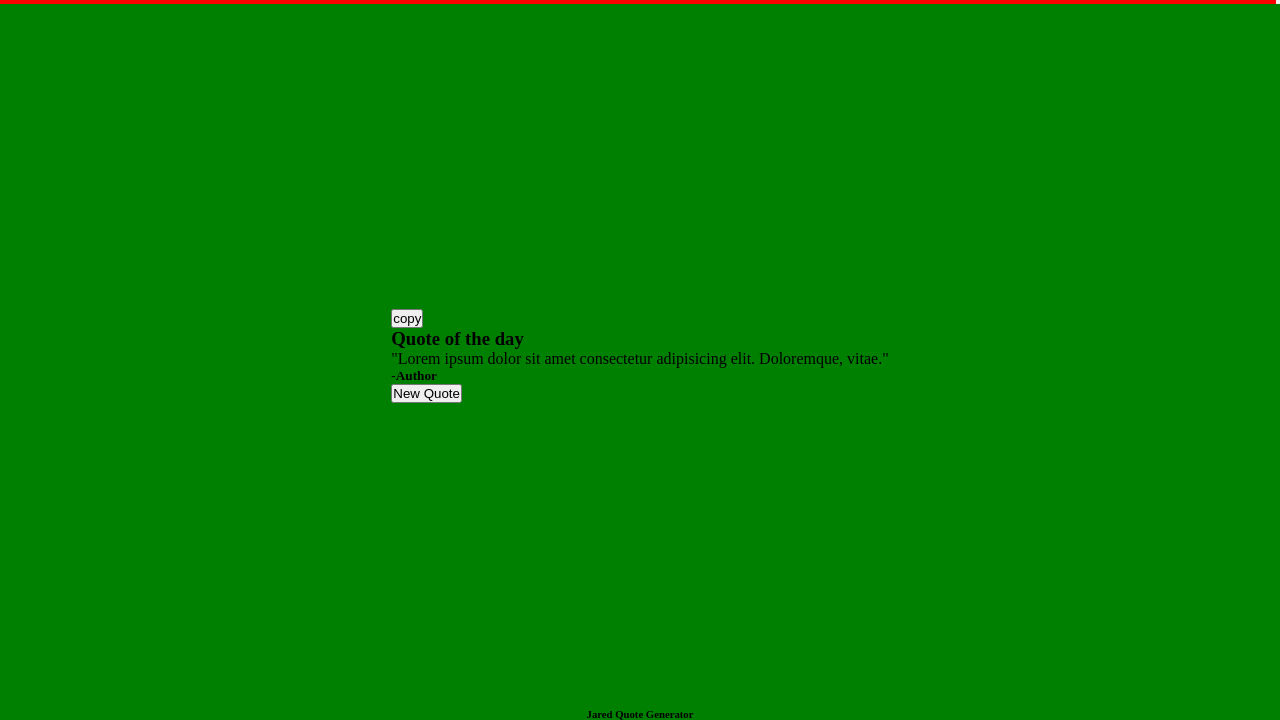
Repository: EguJaredoBoyd/Jared-Quote-Generator
Page: html/main.html
The author's editor kept a copy of each file at every save. The page is drawn from the files as they stood at one save, then again after the next save.
The browser window is 1280 px wide. The pictures show the whole page.

Above is the page before, as saved 2026-01-09 00:32:52.

### html/main.html
<!DOCTYPE html>
<html lang="en">
  <head>
    <meta charset="UTF-8" />
    <meta name="viewport" content="width=device-width, initial-scale=1.0" />
    <link rel="stylesheet" href="../css/style.css" />
    <script src="../js/main.js" defer></script>
    <title>Document</title>
  </head>
  <body>
    <div class="container">
      <header>
        <button><i class="ri-sun-line"></i></button>
      </header>
      <main>
        <div>
          <div>
            <button>copy</button>
          </div>
          <h3>Quote of the day</h3>
          <p>
            "Lorem ipsum dolor sit amet consectetur adipisicing elit.
            Doloremque, vitae."
          </p>
          <div>
            <h5>-Author</h5>
          </div>
          <div>
            <button>New Quote</button>
          </div>
        </div>
      </main>
      <footer>
        <div>
          <h6>Jared Quote Generator</h6>
        </div>
      </footer>
    </div>
  </body>
</html>

### css/style.css
* {
  margin: 0;
  padding: 0;
  box-sizing: border-box;
}

:root {
  --background-color: #7b0d1e;
  --card-color: #f8e5ee;
  --text-color: black;
  --button-color: var(--background-color);
}

.lighter-theme {
  --background-color: var(--card-color);
  --card-color: var(--background-color);
  --text-color: var(--text-color);
  --button-color: var(--button-color);
}

.container {
  background-color: green;
  height: 100vh;
  display: flex;
  flex-direction: column;
  justify-content: space-between;
  align-items: center;
}

header {
  display: flex;
  justify-content: flex-end;
  background-color: red;
  width: 100%;
}

header button {
  display: flex;
  justify-content: flex-end;
}

Loaded but not shown: js/main.js (no copy from this time; the picture is the same without it)

After the next save:
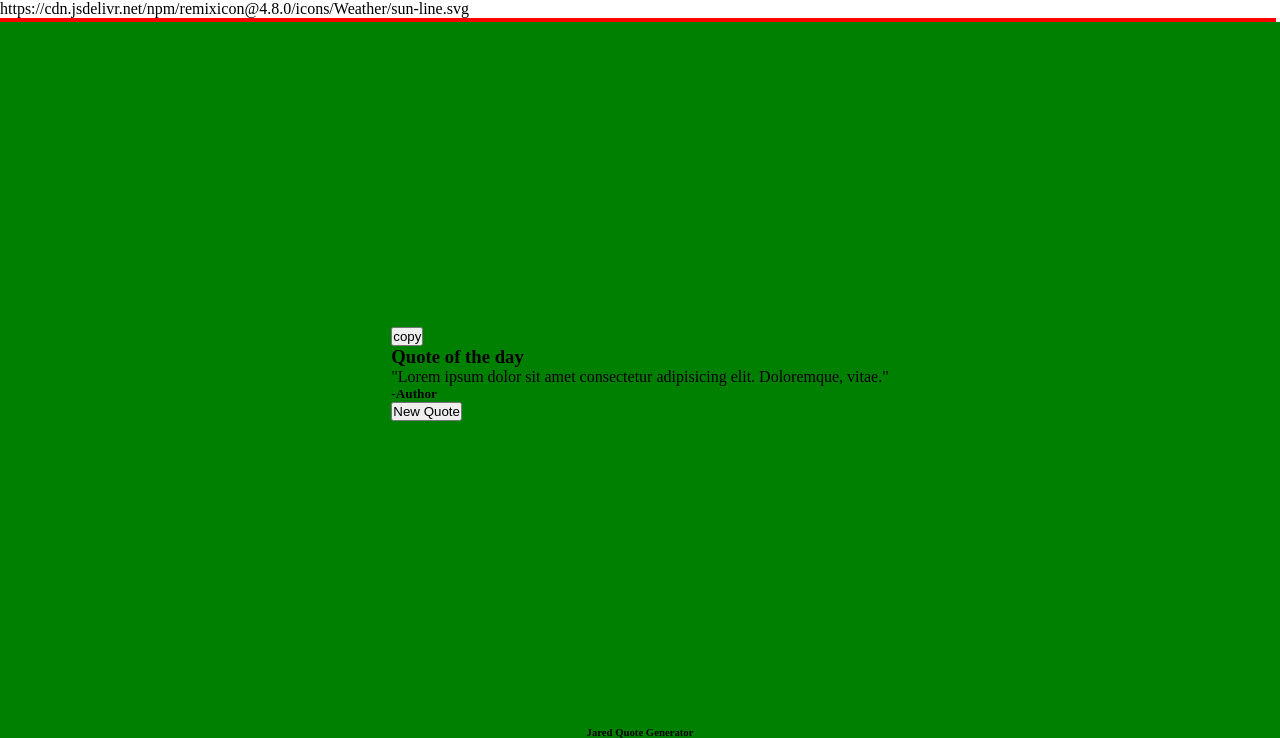
Saved 30 s later.
--- a/html/main.html
+++ b/html/main.html
@@ -5,6 +5,7 @@
     <meta name="viewport" content="width=device-width, initial-scale=1.0" />
     <link rel="stylesheet" href="../css/style.css" />
     <script src="../js/main.js" defer></script>
+    https://cdn.jsdelivr.net/npm/remixicon@4.8.0/icons/Weather/sun-line.svg
     <title>Document</title>
   </head>
   <body>
